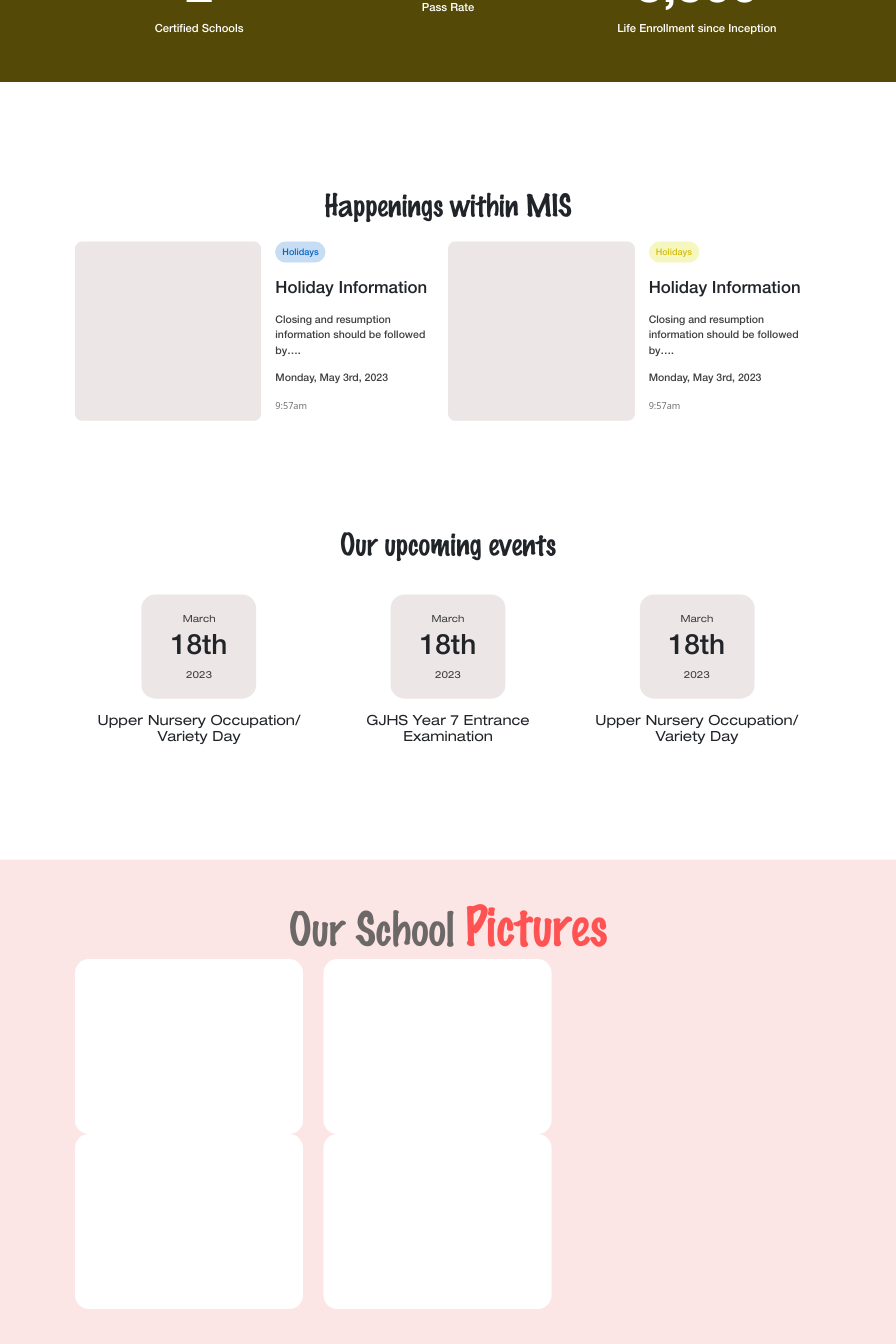
Repository: sarahnnanyelugo/MIGS
Page: /
These files come from the project's save history. The page is drawn as it stood at one moment and after the next save; the edit follows.
The browser window is 1280 px wide. The pictures show the part of the page from y = 4403 to 6323 px (the page is 6323 px tall), at 70% of full size.
The project was rebuilt for these pictures with package versions that can differ from the ones it lists, and the page was loaded fresh each time.

Above is the page before, as saved 2023-05-30 14:26:21.

After the next save:
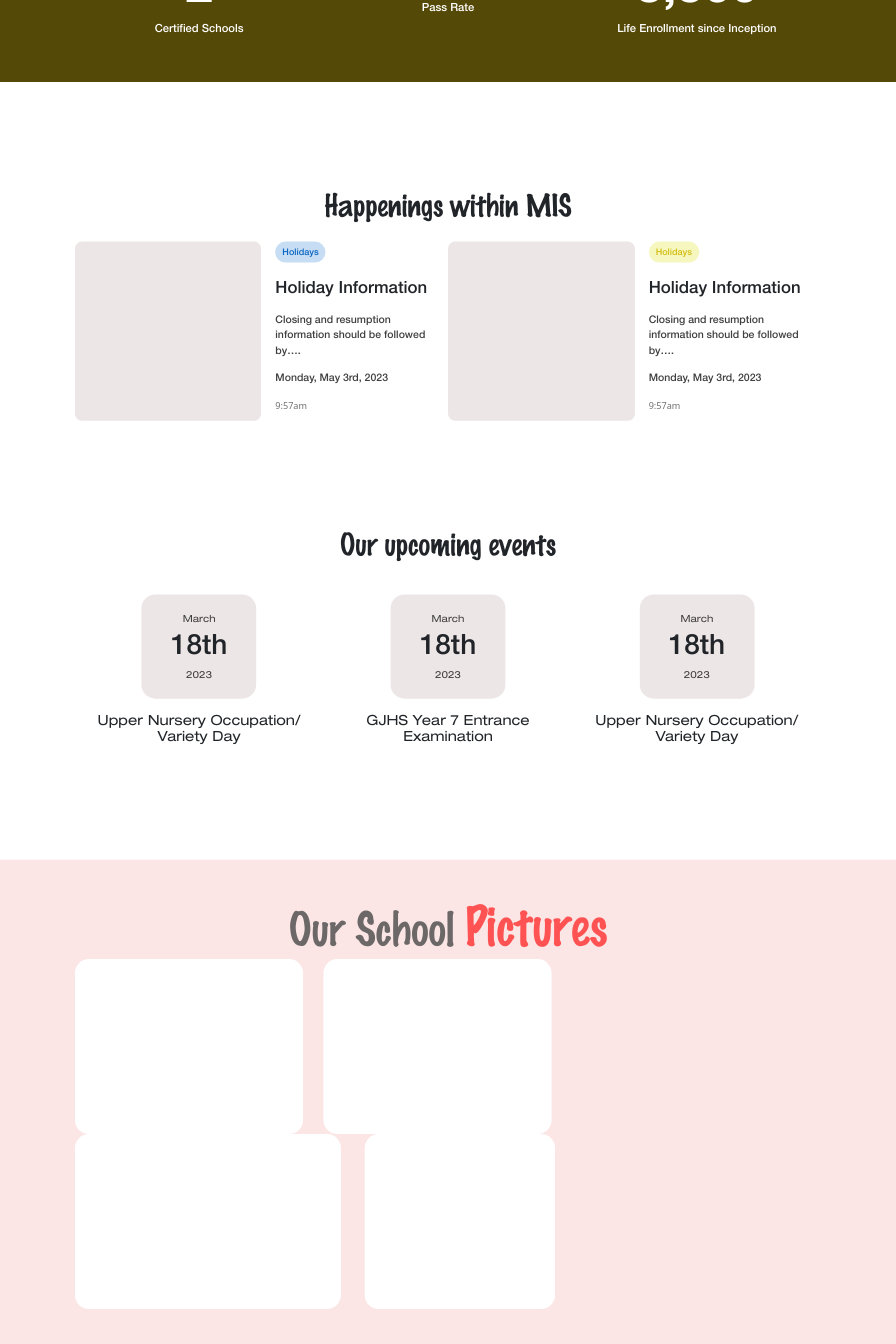
Saved 8 s later.
--- a/src/pages/Home/Home.js
+++ b/src/pages/Home/Home.js
@@ -332,10 +332,10 @@ function Home() {
               </div>
             </div>
             <div className="col-md-12 flexy">
-              <div className="col-md-6">
+              <div className="col-md-7">
                 <div className="img-div2 col-md-11"></div>
               </div>{" "}
-              <div className="col-md-6">
+              <div className="col-md-5">
                 <div className="img-div2 col-md-11"></div>
               </div>
             </div>
